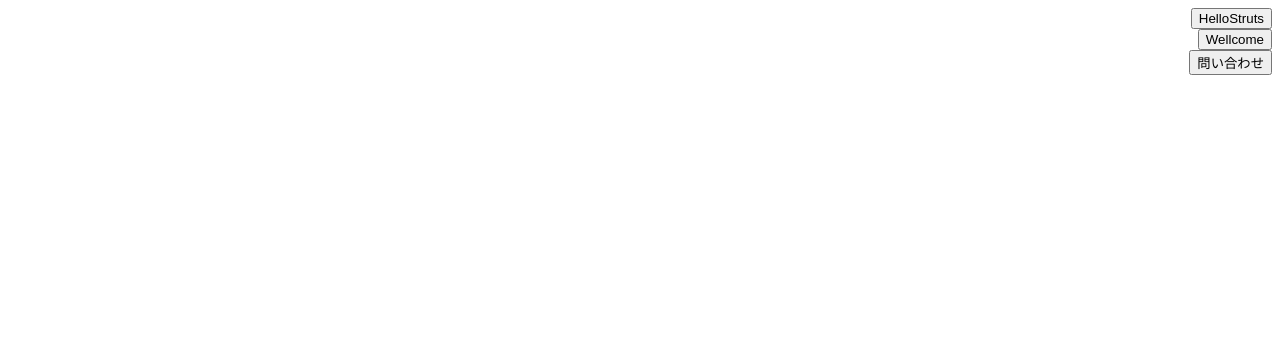
Repository: omochi2213/test
Page: http://localhost/webproj/
These files come from the project's save history. The page is drawn as it stood at one moment and after the next save; the edit follows.
The browser window is 1280 px wide. The pictures show the whole page.
The page is served by Tomcat 9. Other server files are loaded and not shown.

Above is the page before, as saved 2018-09-03 01:44:45.

### webproj/WebContent/index.jsp
<%@ page language="java" contentType="text/html; charset=UTF-8"
    pageEncoding="UTF-8"%>
<%@ taglib prefix="s" uri="/struts-tags" %>
<!DOCTYPE html>
<html>
<head>
<meta charset="utf-8">
<title>INDEX</title>
</head>
<body>
	<form action="HelloStrutsAction">
		<s:submit value="HelloStruts"/>
	</form>
	<form action="WelcomeAction">
		<s:submit value="Wellcome"/>
	</form>
	<form action="InquiryAction">
		<s:submit value="問い合わせ"/>
	</form>
</body>
</html>

After the next save:
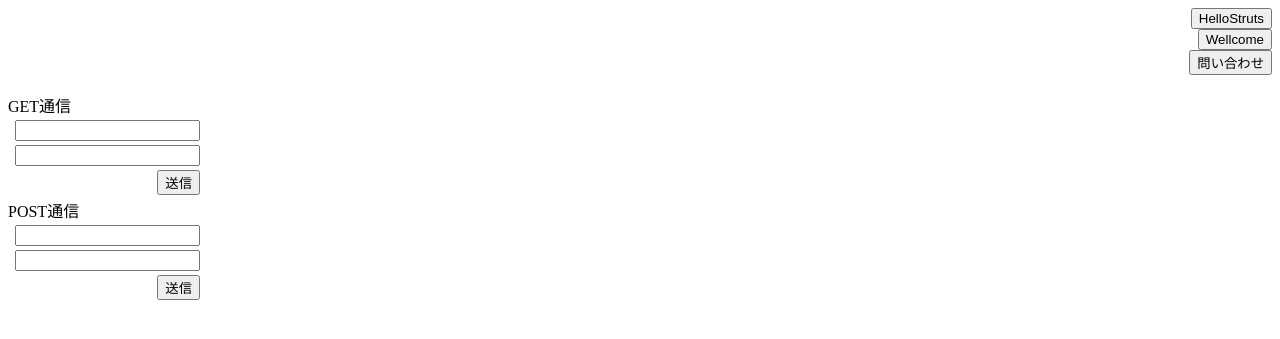
Saved 16 min 39 s later.
--- a/webproj/WebContent/index.jsp
+++ b/webproj/WebContent/index.jsp
@@ -17,5 +17,17 @@
 	<form action="InquiryAction">
 		<s:submit value="問い合わせ"/>
 	</form>
+	<br>GET通信
+	<s:form method="get" action="TestAction">
+		<s:textfield name="username"/>
+		<s:password name="password"/>
+		<s:submit value="送信"/>
+	</s:form>
+	POST通信
+	<s:form method="post" action="TestAction">
+		<s:textfield name="username"/>
+		<s:password name="password"/>
+		<s:submit value="送信"/>
+	</s:form>
 </body>
 </html>
